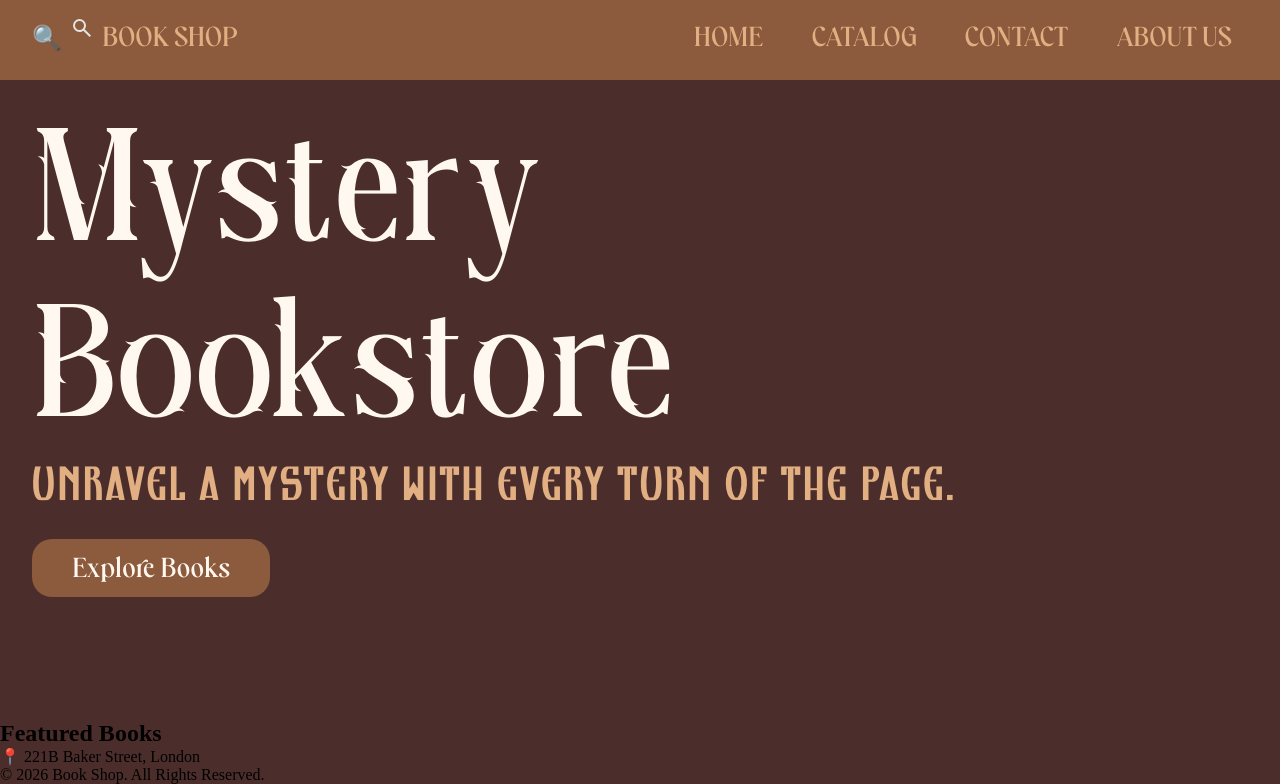
Repository: Nicholas0103/Book_Shop
Page: index.html
These files come from the project's save history. The page is drawn as it stood at one moment and after a run of saves; the edit follows.
The browser window is 1280 px wide. The pictures show the whole page.

Above is the page before, as saved 2026-07-18 14:15:41.

After the next 2 saves:
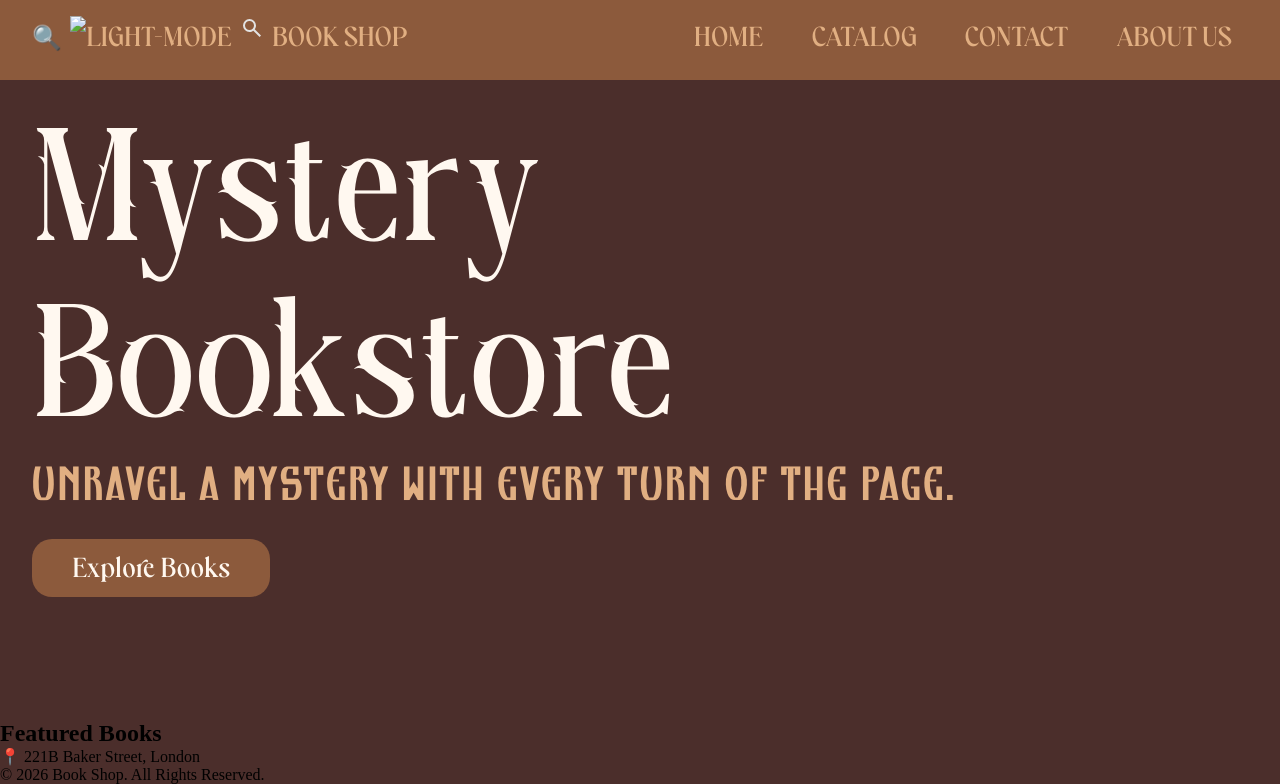
Not found: assets/images/svg/sun.svg
The 2 saves are shown as one change because they came seconds apart.
The last was saved 25 s later.
--- a/index.html
+++ b/index.html
@@ -16,6 +16,8 @@
     <header>
         <div class="logo">
             <span class="logo-icon">🔍</span>
+
+                    <img src="assets/images/svg/sun.svg" class="mode-img" alt="light-mode">
             <svg xmlns="http://www.w3.org/2000/svg" height="24px" viewBox="0 -960 960 960" width="24px" fill="#e3e3e3"><path d="M784-120 532-372q-30 24-69 38t-83 14q-109 0-184.5-75.5T120-580q0-109 75.5-184.5T380-840q109 0 184.5 75.5T640-580q0 44-14 83t-38 69l252 252-56 56ZM380-400q75 0 127.5-52.5T560-580q0-75-52.5-127.5T380-760q-75 0-127.5 52.5T200-580q0 75 52.5 127.5T380-400Z"/></svg>
             <p>Book Shop</p>
         </div>

After the 2 saves that followed:
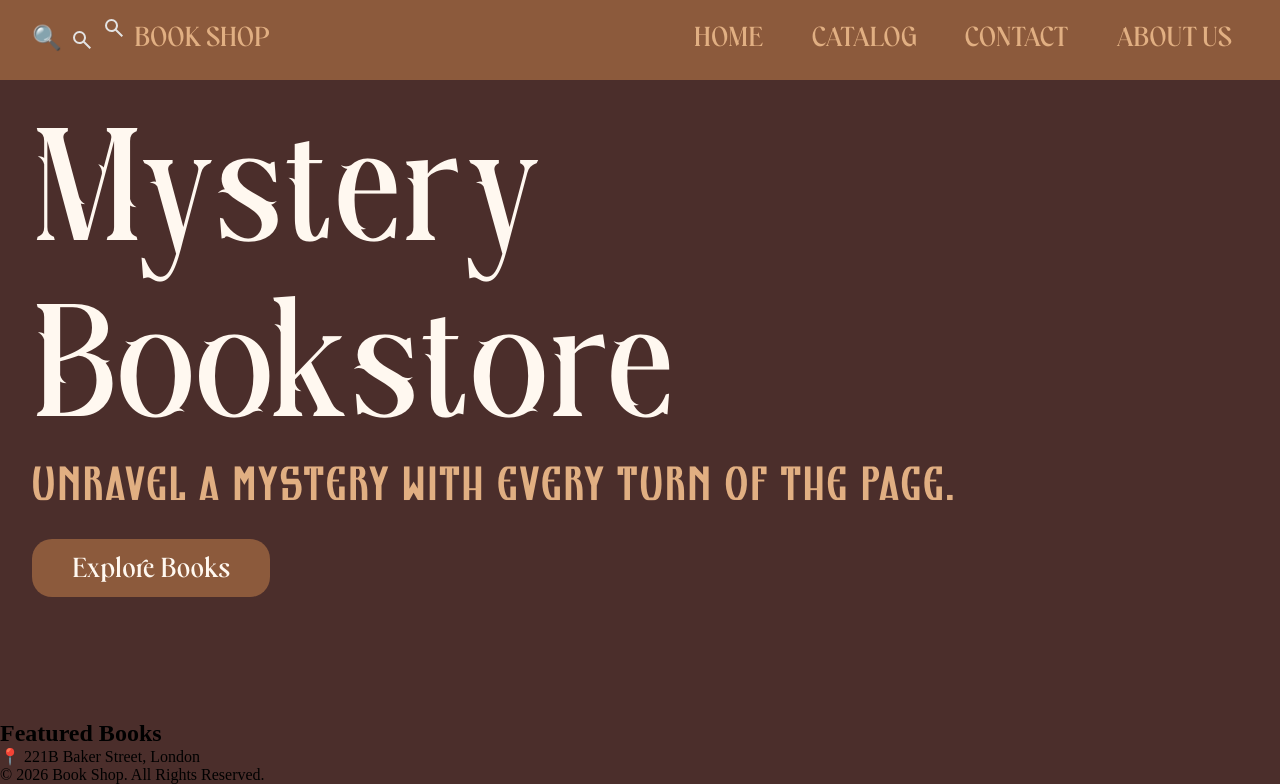
The 2 saves are shown as one change because 1 left the picture as it was.
The last was saved 8 s later.
--- a/index.html
+++ b/index.html
@@ -16,8 +16,7 @@
     <header>
         <div class="logo">
             <span class="logo-icon">🔍</span>
-
-                    <img src="assets/images/svg/sun.svg" class="mode-img" alt="light-mode">
+            <img src="assets/images/svg/magnifier.svg" class="mode-img" alt="light-mode">
             <svg xmlns="http://www.w3.org/2000/svg" height="24px" viewBox="0 -960 960 960" width="24px" fill="#e3e3e3"><path d="M784-120 532-372q-30 24-69 38t-83 14q-109 0-184.5-75.5T120-580q0-109 75.5-184.5T380-840q109 0 184.5 75.5T640-580q0 44-14 83t-38 69l252 252-56 56ZM380-400q75 0 127.5-52.5T560-580q0-75-52.5-127.5T380-760q-75 0-127.5 52.5T200-580q0 75 52.5 127.5T380-400Z"/></svg>
             <p>Book Shop</p>
         </div>
